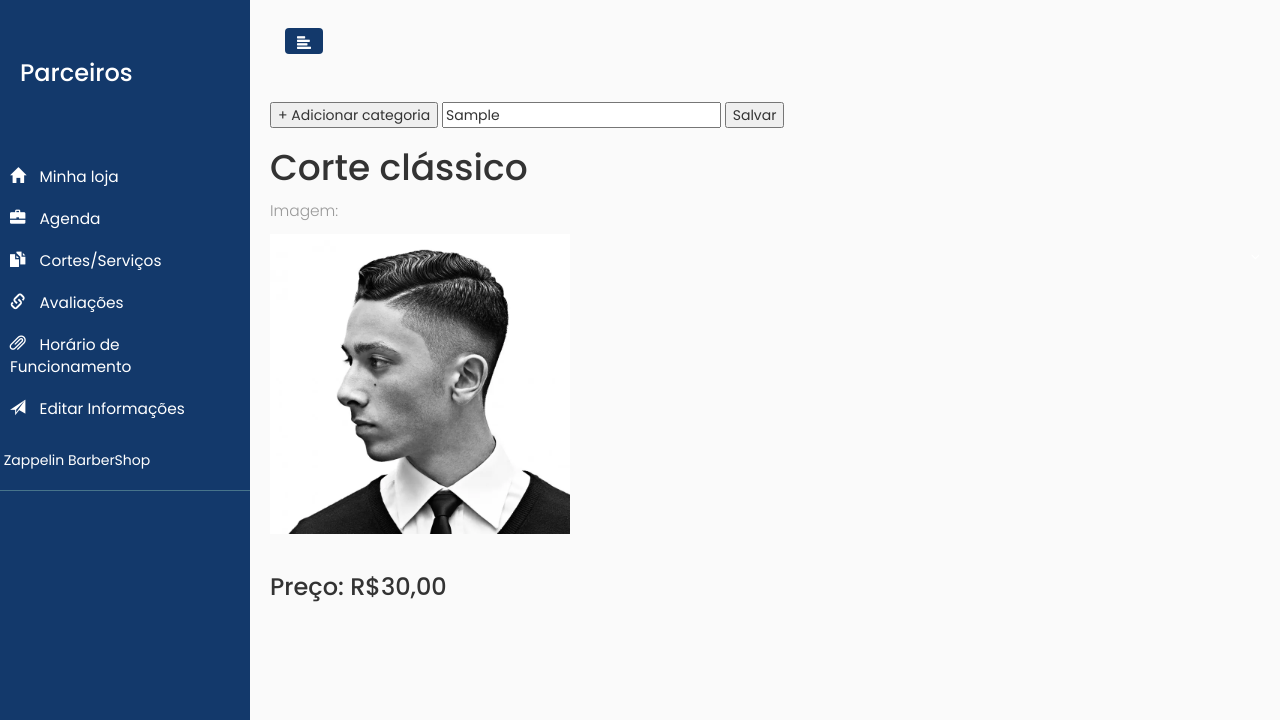
Repository: aquilesascar/barberconnect
Page: http://localhost/corteclassico.php
These files come from the project's save history. The page is drawn as it stood at one moment and after the next save; the edit follows.
The browser window is 1280 px wide. The pictures show the whole page.
Empty fields were first filled with sample values (such as "Sample", 5 or name@example.com).
After loading, the first visible `button[onclick="salvarTexto()"]` was clicked once.
The page is run by PHP 8.4 with error messages shown; the project is at /var/www/html/.

Above is the page before, as saved 2023-10-09 14:38:28.
Console error: ReferenceError: salvarTexto is not defined

After the next save:
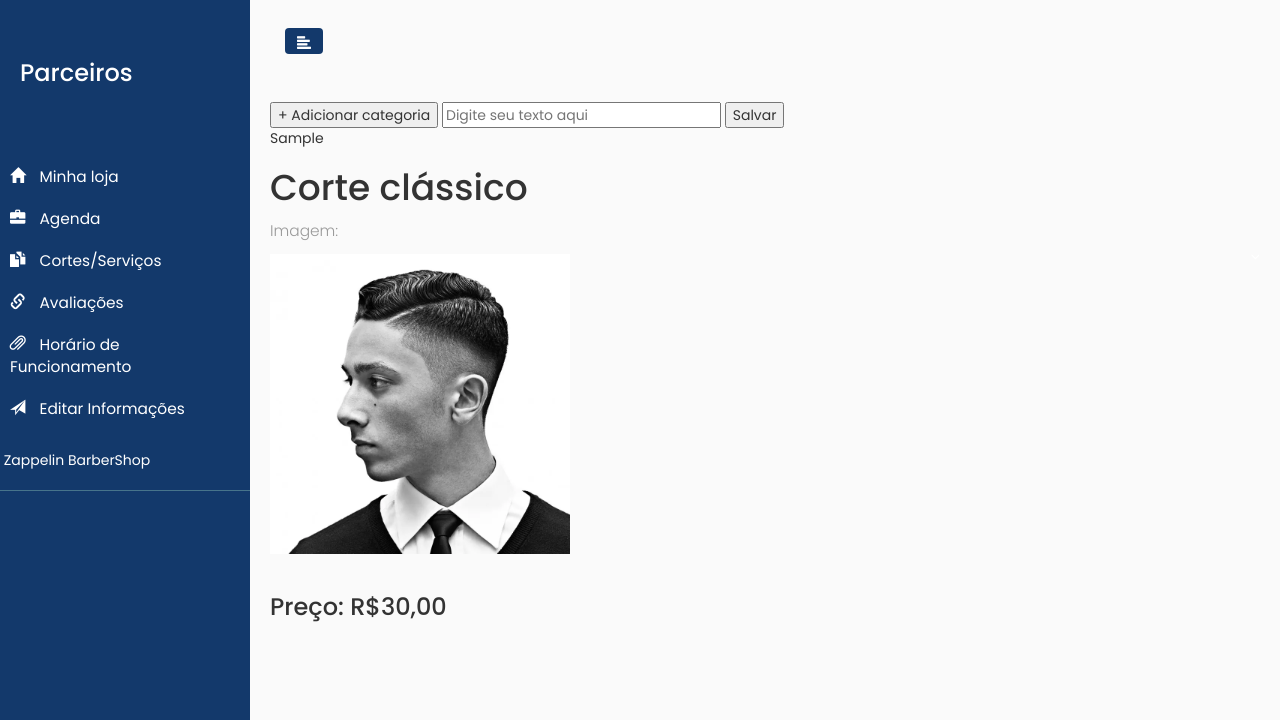
The error is gone.
Saved 8 s later.
--- a/corteclassico.php
+++ b/corteclassico.php
@@ -50,7 +50,17 @@
             <input type="text" id="textoInput" placeholder="Digite seu texto aqui">
 <button onclick="salvarTexto()">Salvar</button>
 <div id="textoSalvo"></div>
+<script>function salvarTexto() {
+    // Obtém o valor do campo de texto
+    var texto = document.getElementById('textoInput').value;
 
+    // Exibe o texto na div com id 'textoSalvo'
+    document.getElementById('textoSalvo').textContent = texto;
+
+    // Limpa o campo de texto após salvar
+    document.getElementById('textoInput').value = '';
+}
+</script>
 
 
 
